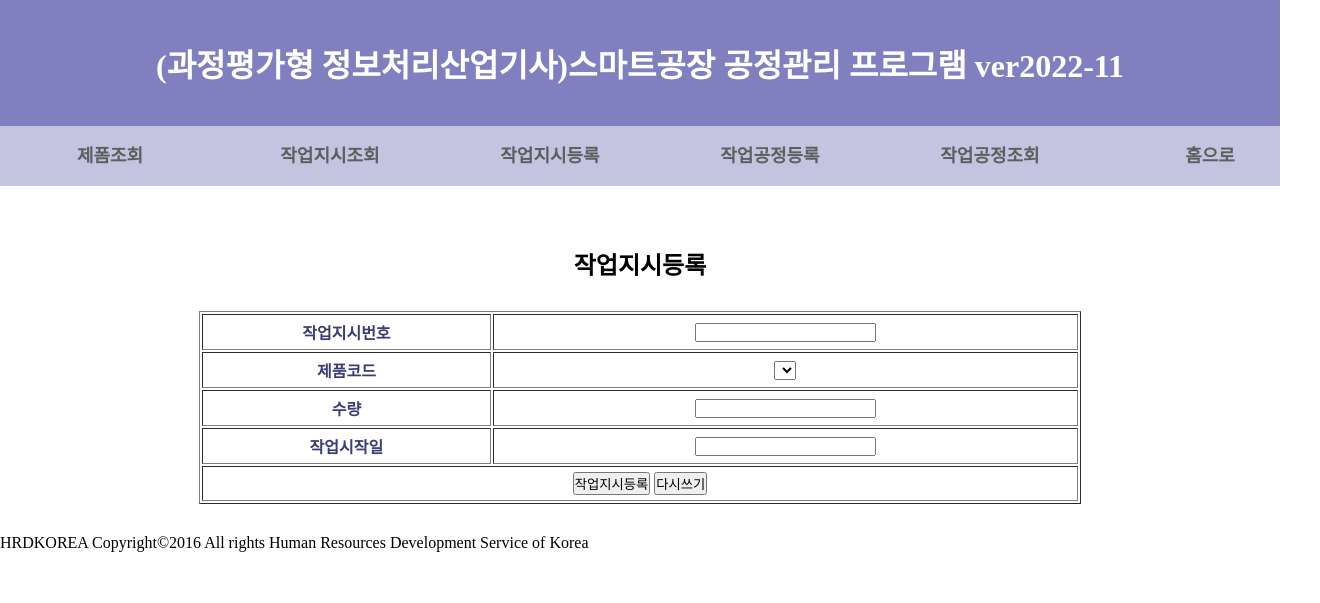
Repository: anakyn01/exam
Page: http://localhost/smart_5/sub2_1.jsp
These files come from the project's save history. The page is drawn as it stood at one moment and after the next save; the edit follows.
The browser window is 1280 px wide. The page is 1320 px wide, so the pictures cover 1320 px, including what lies to the right of the window. The pictures show the whole page.
The page is served by Tomcat 9. Other server files are loaded and not shown.

Above is the page before, as saved 2025-01-06 07:32:38.

### smart_5/src/main/webapp/sub2_1.jsp
<%@ page language="java" contentType="text/html; charset=UTF-8"
    pageEncoding="UTF-8"%>
<jsp:include page="include/header.jsp"/>

<section>
<h2>작업지시등록</h2>
<table border=1>
<tr>
	<th>작업지시번호</th>
		<td>
		<input type="text" name="w_workno">
	</td>
</tr>
<tr>
	<th>제품코드</th>
	<td>
		<select name="">
		<option value=""></option>
		</select>
	</td>
</tr>
<tr>
	<th>수량</th>
		<td>
		<input type="text" name="w_quentity">
	</td>
</tr>
<tr>
	<th>작업시작일</th>
		<td>
		<input type="text" name="w_workdate">
	</td>
</tr>
	<tr>
<td colspan="2">
<input type="button" onclick="goSave()" value="작업지시등록">
<input type="button" onclick="FormReset()" value="다시쓰기">
</td>
	</tr>
</table>
</section>

<jsp:include page="include/footer.jsp"/>

### smart_5/src/main/webapp/include/header.jsp
<%@ page language="java" contentType="text/html; charset=UTF-8"
    pageEncoding="UTF-8"%>
<!DOCTYPE html>
<html>
<head>
<meta charset="UTF-8">
<title>스마트 공정관리 프로그램</title>
<link rel="stylesheet" href="css/style.css"/>
</head>
<body>
<header>
<h1>(과정평가형 정보처리산업기사)스마트공장 공정관리 프로그램 ver2022-11</h1>
</header>
<nav>
<ul>
<li><a href="sub1.jsp">제폼조회</a></li>
<li><a href="sub2.jsp">작업지시조회</a></li>
<li><a href="sub2_1.jsp">작업지시등록</a></li>
<li><a href="sub3.jsp">작업공정등록</a></li>
<li><a href="sub4.jsp">작업공정조회</a></li>
<li><a href="index.jsp">홈으로</a></li>
</ul>
</nav>

### smart_5/src/main/webapp/include/footer.jsp
<%@ page language="java" contentType="text/html; charset=UTF-8"
    pageEncoding="UTF-8"%>
<footer>
<p>HRDKOREA Copyright&copy;2016 All rights Human Resources Development Service of Korea</p>
</footer>
</body>
</html>

### smart_5/src/main/webapp/css/style.css
@charset "UTF-8";
*{margin:0; padding:0; box-sizing:border-box;}
a{text-decoration:none; color:#5e5e5e;}
header{background-color:#8080c0;}
header h1{padding:40px 0; text-align:center; color:white;}
nav{height:60px; background-color:#c4c4e1;}
nav ul{margin:0 auto; width:1320px; list-style:none; text-align:center;}
nav ul li{line-height:60px; float:left; font-size:18px; font-weight:600; width:200px;
margin:0 10px;
}
section{padding:30px 10px;}
section h2{text-align:center; margin:30px 0;}
section p{margin:10px 0;}
table{margin:0 auto; width:70%; text-align:center;}
th{color:#3c3c77;}
th,td{padding:5px 0;}

After the next save:
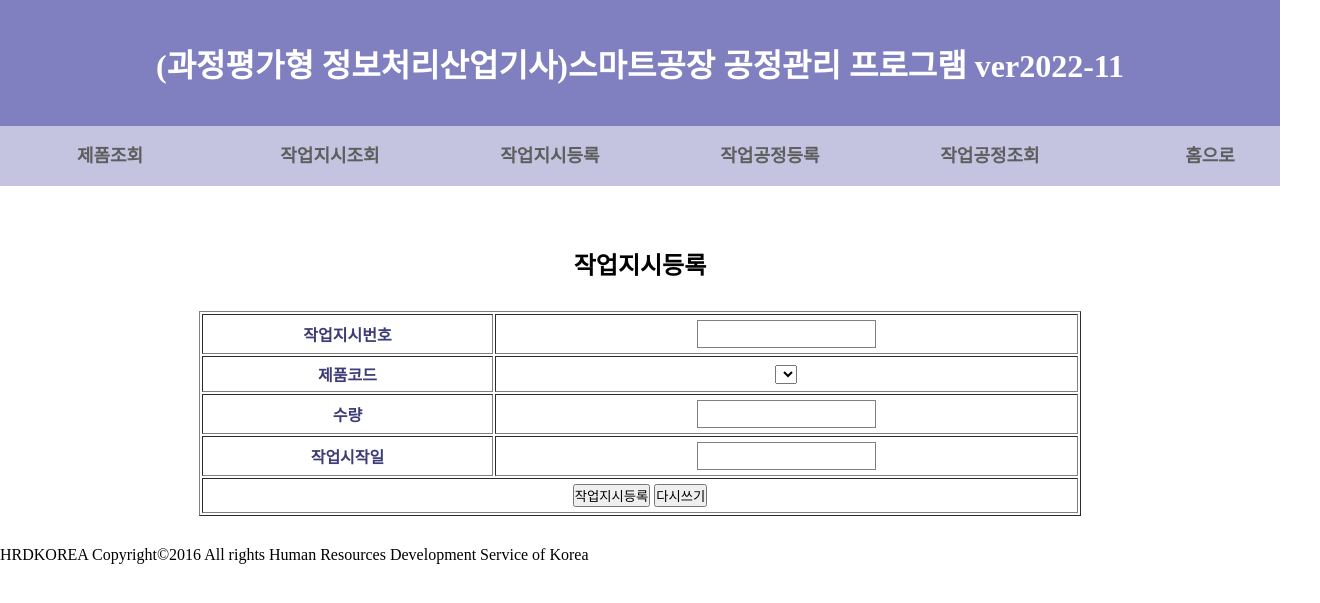
Saved 60 s later.
--- a/smart_5/src/main/webapp/css/style.css
+++ b/smart_5/src/main/webapp/css/style.css
@@ -14,3 +14,6 @@ section p{margin:10px 0;}
 table{margin:0 auto; width:70%; text-align:center;}
 th{color:#3c3c77;}
 th,td{padding:5px 0;}
+input[type="text"]{
+height:28px; border:1px solid gray;
+}
